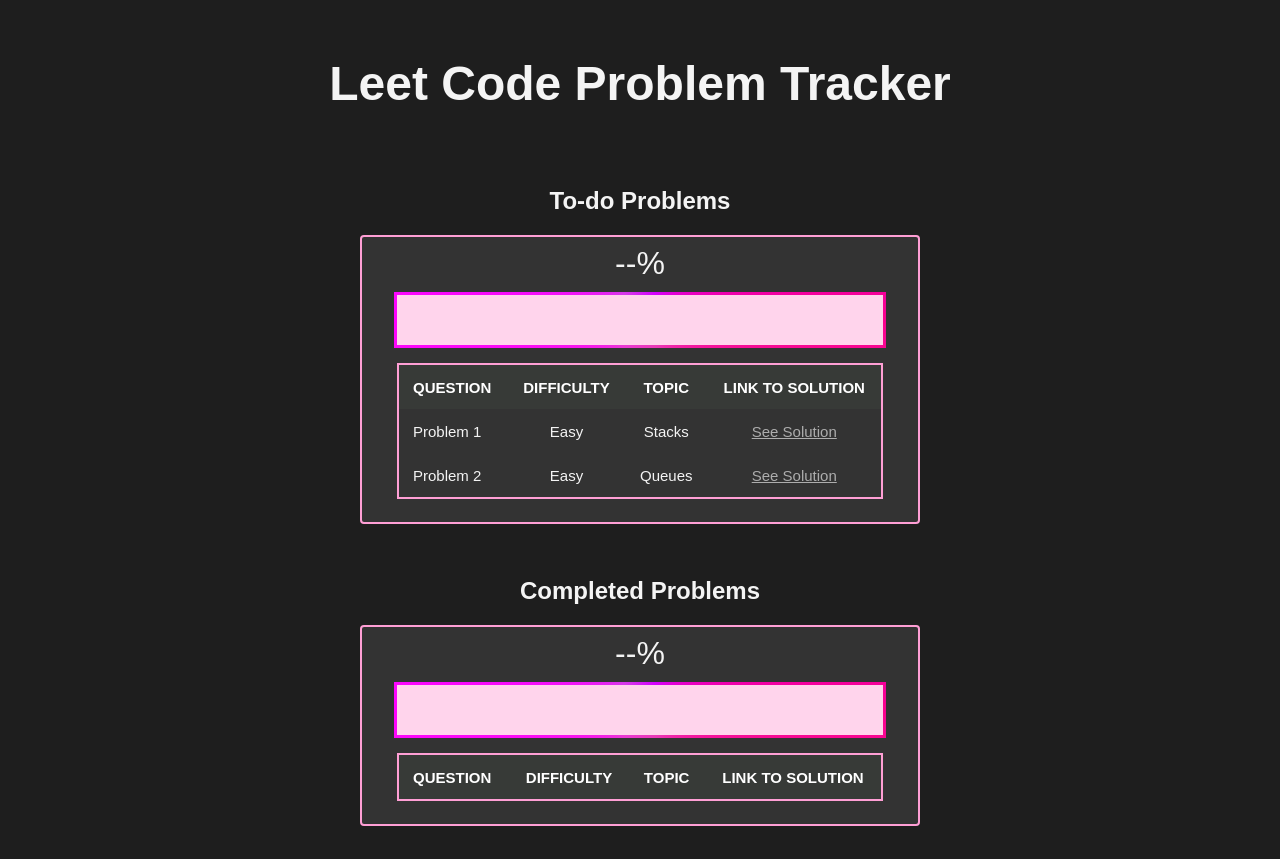
Repository: bbrockbrown/leet-code-tracker
Page: index.html
The author's editor kept a copy of each file at every save. The page is drawn from the files as they stood at one save, then again after the next save.
The browser window is 1280 px wide. The pictures show the whole page.

Above is the page before, as saved 2024-07-28 17:45:56.

After the next save:
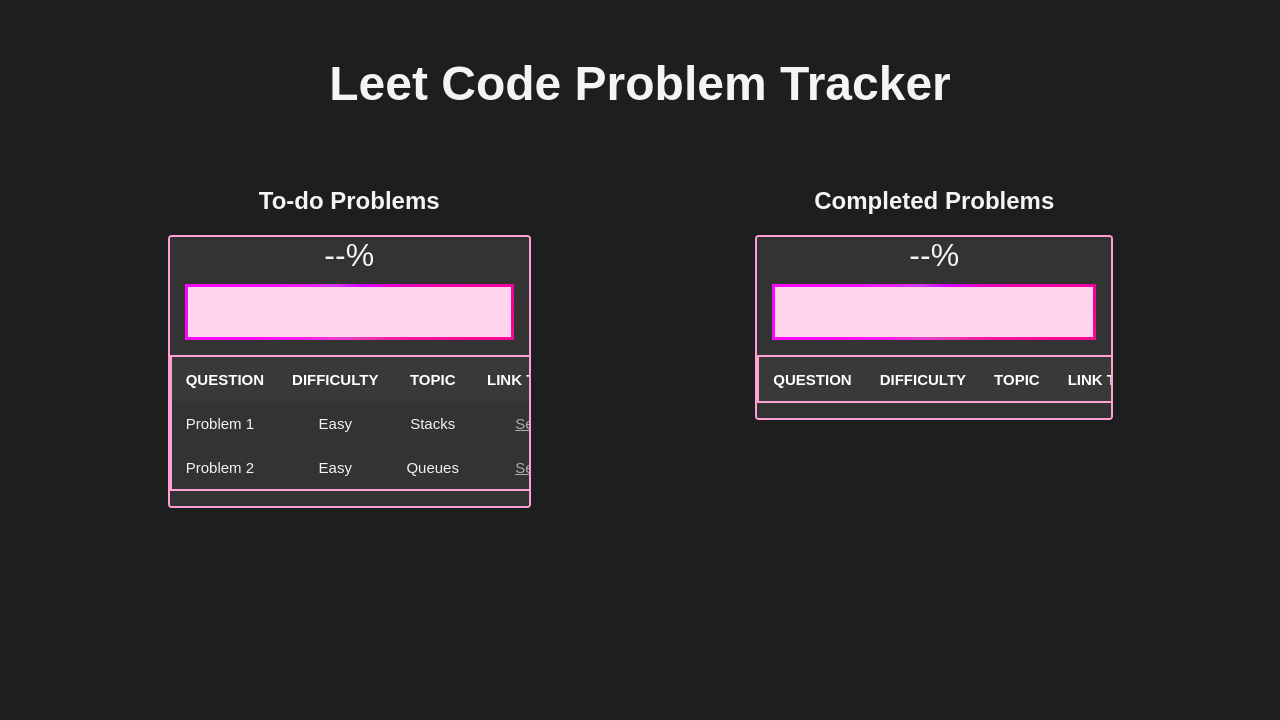
Saved 50 s later.
--- a/styles.css
+++ b/styles.css
@@ -78,7 +78,7 @@ body {
     text-align: center;
     box-shadow: 8px rgb(255, 159, 213, 0.8);
     height: 100%;
-    width: 700px;
+    width: 80%
     padding: 8px;
     background-color: #333;
     margin: 10px auto;
